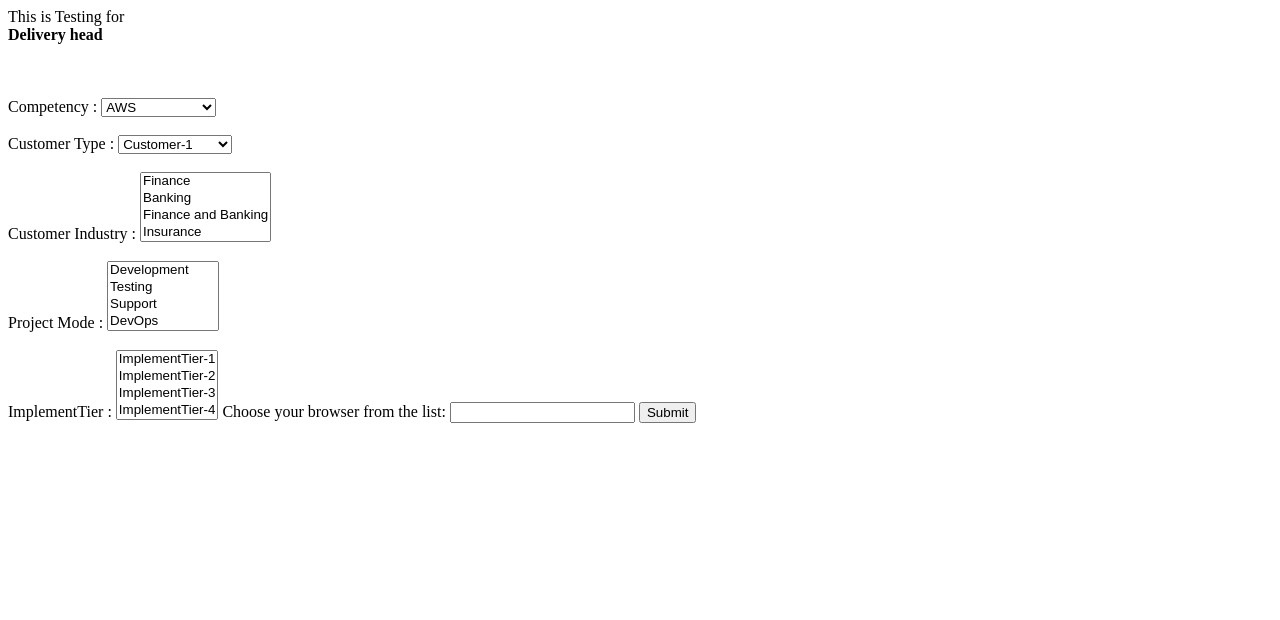
Repository: Perwaiz21/STS
Page: http://localhost/AWS_Web/
These files come from the project's save history. The page is drawn as it stood at one moment and after the next save; the edit follows.
The browser window is 1280 px wide. The pictures show the whole page.
The page is served by Tomcat 9.

Above is the page before, as saved 2021-02-18 09:52:43.

### AWS_Web/WebContent/index.jsp
<%@ page language="java" contentType="text/html; charset=ISO-8859-1"
	pageEncoding="ISO-8859-1"%>
<!DOCTYPE html>
<html>
<head>
<meta charset="ISO-8859-1">
<title>Insert title here</title>
</head>
<body>
	<form action="/action_page.php" method="get">
		This is Testing for <br> <b>Delivery head</b> <br> <br>
		<br> <br> <label for="Competency"> Competency :</label> <select
			name="cars" id="Competency">
			<option value="AWS">AWS</option>
			<option value="Azure">Azure</option>
			<option value="GCP">GCP</option>
			<option value="Java Full Stack">Java Full Stack</option>
			<option value="Front end">Front end</option>
			<option value=".NET Full Stack">.NET Full Stack</option>

		</select> <br> <br> <label for="Customer Type">Customer Type
			:</label> <select name="Customer_Type" id="Customer_Type">
			<option value="ISV">Customer-1</option>
			<option value="Enterprise level">Enterprise level</option>

		</select> <br> <br> <label for="Customer Industry">Customer
			Industry :</label> <select name="Customer_Industry" id="Customer_Industry"
			multiple>
			<option value="Finance">Finance</option>
			<option value="Banking">Banking</option>
			<option value="Finance and Banking">Finance and Banking</option>
			<option value="Insurance">Insurance</option>
			<option value="Oil and Gas">Oil and Gas</option>
			<option value="Pharma">Pharma</option>
			<option value="Health Care">Health Care</option>
			<option value="Telecom">Telecom</option>
			<option value="Mortgage">Mortgage</option>
			<option value="Supply Chain">Supply Chain</option>
			<option value="Lease Management">Lease Management</option>
			<option value="Advisory">Advisory</option>
			<option value="Audit">Audit</option>
		</select> <br> <br> <label for="Project Mode">Project Mode :</label>
		<select name="Project-Mode" id="Project-Mode" multiple>
			<option value="Development">Development</option>
			<option value="Testing">Testing</option>
			<option value="Support">Support</option>
			<option value="DevOps">DevOps</option>
			<option value="Consulting">Consulting</option>
			<option value="Management">Management</option>
			<option value="DB Administration">DB Administration</option>
		</select> <br> <br> <label for="ImplementTier ">ImplementTier
			:</label> <select name="ImplementTier" id="ImplementTier" multiple>
			<option value="ImplementTier-1 ">ImplementTier-1</option>
			<option value="ImplementTier-2">ImplementTier-2</option>
			<option value="ImplementTier-3">ImplementTier-3</option>
			<option value="ImplementTier-4">ImplementTier-4</option>
			<option value="ImplementTier-5">ImplementTier-5</option>
			<option value="ImplementTier-6">ImplementTier-6</option>
			<option value="ImplementTier-7">ImplementTier-7</option>
		</select> <label for="browser">Choose your browser from the list:</label> <input
			list="browsers" name="browser" id="browser">
		<datalist id="browsers">
			<option value="Edge">
			<option value="Firefox">
			<option value="Chrome">
			<option value="Opera">
			<option value="Safari">
		</datalist>
		<input type="submit">
	</form>


</body>
</html>

After the next save:
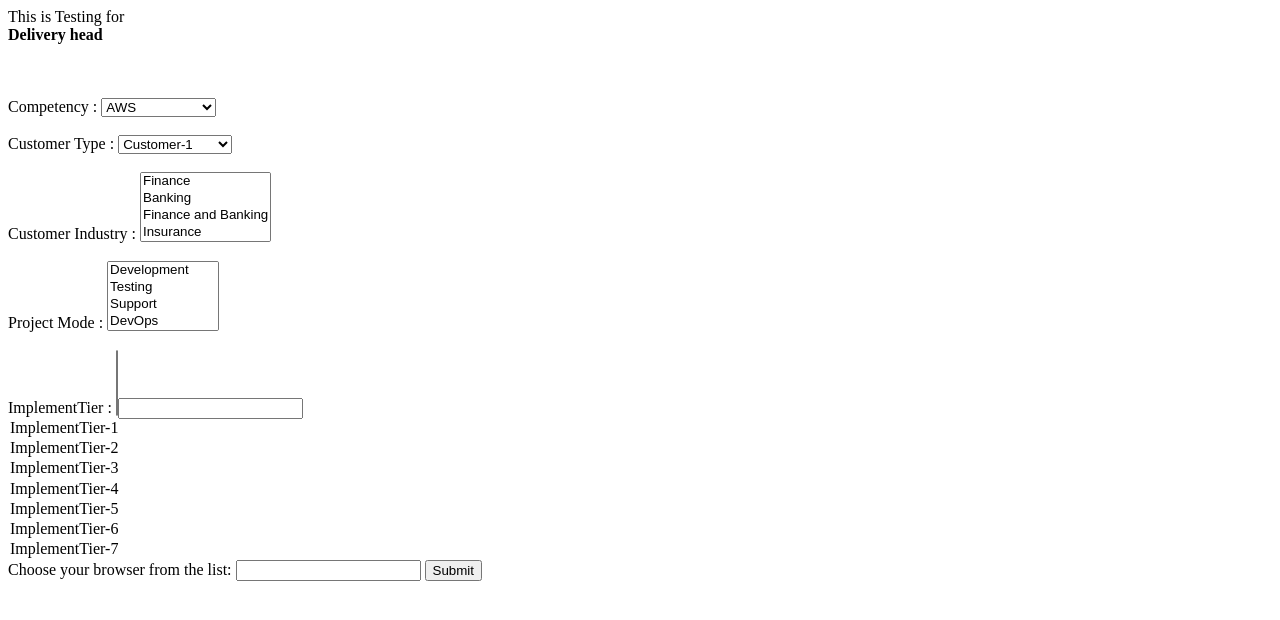
Saved 76 s later.
--- a/AWS_Web/WebContent/index.jsp
+++ b/AWS_Web/WebContent/index.jsp
@@ -50,6 +50,8 @@
 			<option value="DB Administration">DB Administration</option>
 		</select> <br> <br> <label for="ImplementTier ">ImplementTier
 			:</label> <select name="ImplementTier" id="ImplementTier" multiple>
+			<input
+			list="ImplementTier" name="ImplementTier" id="ImplementTier">
 			<option value="ImplementTier-1 ">ImplementTier-1</option>
 			<option value="ImplementTier-2">ImplementTier-2</option>
 			<option value="ImplementTier-3">ImplementTier-3</option>
